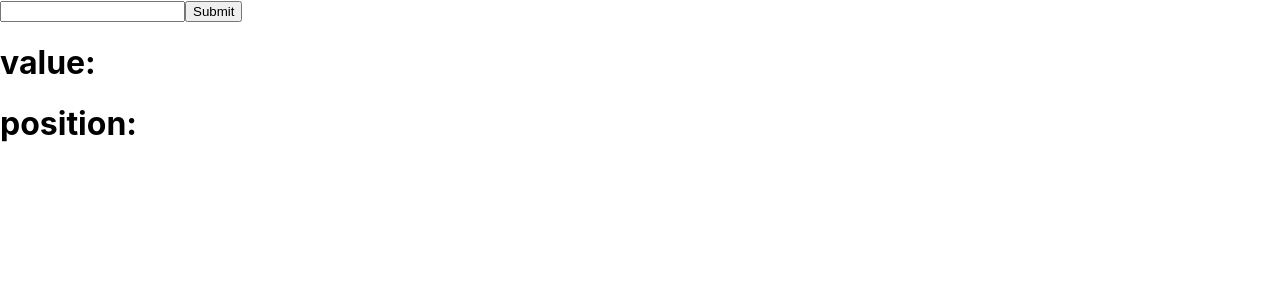
Repository: mariocapitbrok/robot-position
Page: /
These files come from the project's save history. The page is drawn as it stood at one moment and after the next save; the edit follows.
The browser window is 1280 px wide. The pictures show the whole page.
The project was rebuilt for these pictures with package versions that can differ from the ones it lists, and the page was loaded fresh each time. Also part of the build but not shown: src/App.css.

Above is the page before, as saved 2021-12-01 18:17:55.

After the next save:
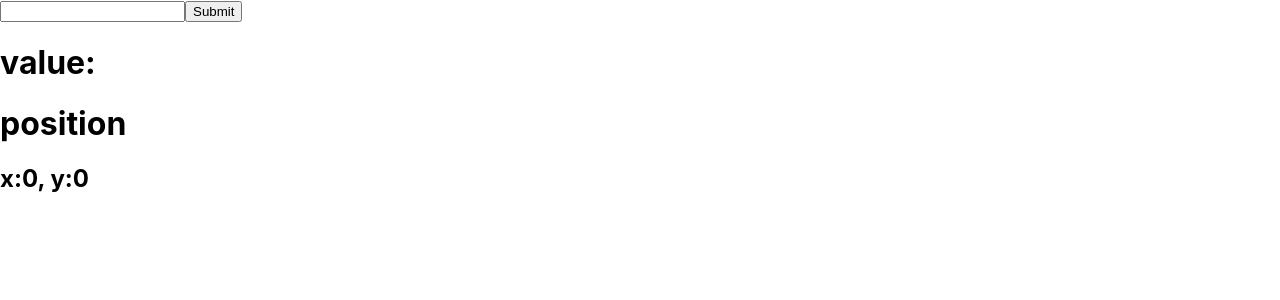
Saved 2 min 14 s later.
--- a/src/components/robot.jsx
+++ b/src/components/robot.jsx
@@ -26,12 +26,15 @@ const Robot = () => {
         break;
       case 'd':
         setMovements(movements + 'D');
+        setY(y - 1);
         break;
       case 'l':
         setMovements(movements + 'L');
+        setX(x - 1);
         break;
       case 'r':
         setMovements(movements + 'R');
+        setX(x + 1);
         break;
       default:
         break;
@@ -56,7 +59,10 @@ const Robot = () => {
         <button onClick={handleClick}>Submit</button>
       </form>
       <h1>value: {value}</h1>
-      <h1>position: {}</h1>
+      <h1>position</h1>
+      <h2>
+        x:{x}, y:{y}
+      </h2>
     </React.Fragment>
   );
 };
